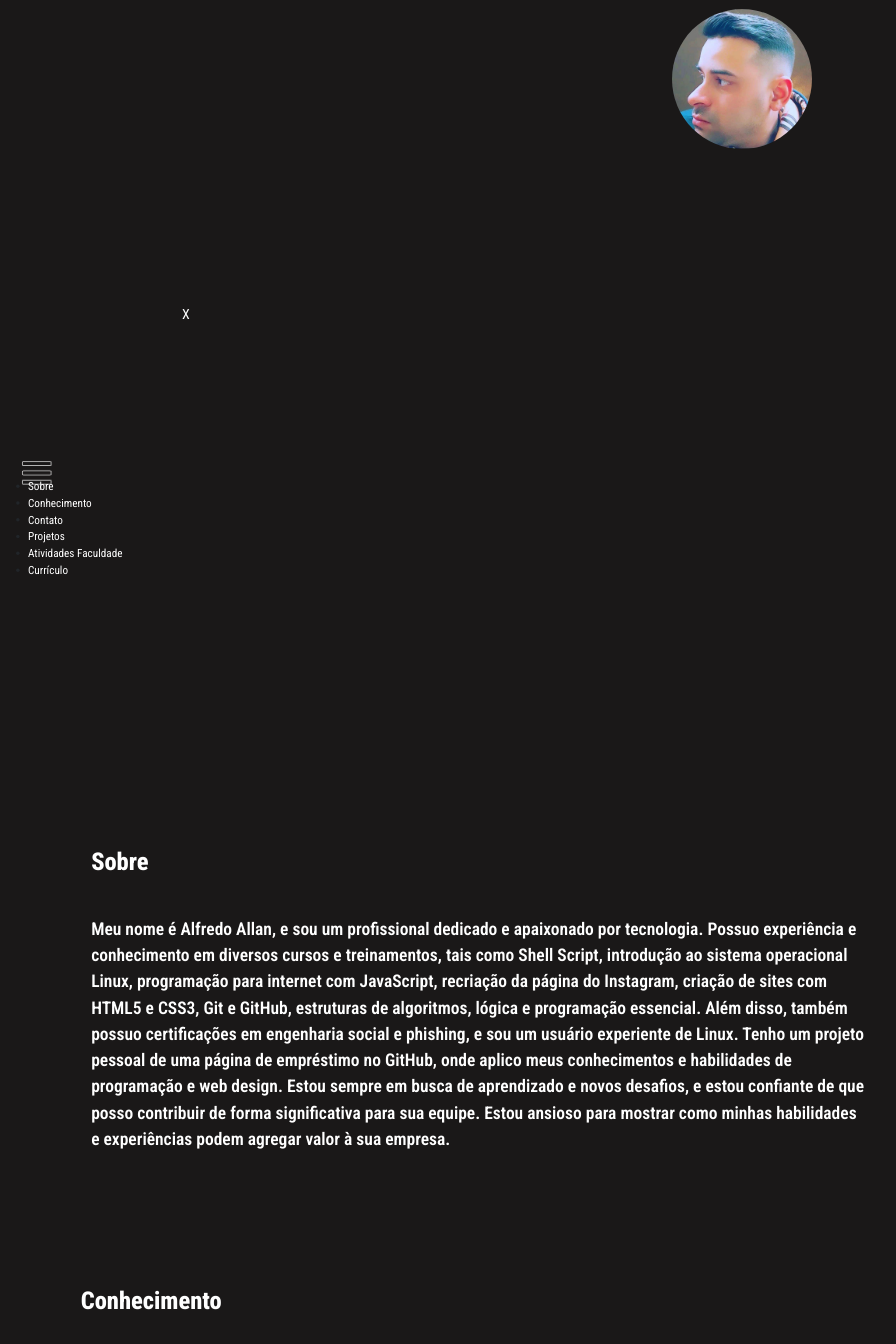
Repository: alfredo-allan/Portfolio
Page: index.html
The author's editor kept a copy of each file at every save. The page is drawn from the files as they stood at one save, then again after the next save.
The browser window is 1280 px wide. The pictures show the part of the page from y = 0 to 1920 px (the page is 5427 px tall before and 4813 px after), at 70% of full size.
After loading, the first visible `#close-icon` was clicked once.

Above is the page before, as saved 2024-05-30 12:15:59.
Console error: TypeError: Cannot read properties of null (reading 'style')

### index.html
<!DOCTYPE html>
<html lang="pt-BR">
  <head>
    <meta charset="UTF-8" />
    <meta name="viewport" content="width=device-width, initial-scale=1.0" />
    <link
      rel="stylesheet"
      href="https://stackpath.bootstrapcdn.com/bootstrap/4.1.3/css/bootstrap.min.css"
      integrity="sha384-MCw98/SFnGE8fJT3GXwEOngsV7Zt27NXFoaoApmYm81iuXoPkFOJwJ8ERdknLPMO"
      crossorigin="anonymous"
    />
    <link rel="stylesheet" href="./src/assets/styles/home.css" />
    <link
      href="https://fonts.googleapis.com/css2?family=Roboto+Condensed:ital,wght@0,100..900;1,100..900&display=swap"
      rel="stylesheet"
    />

    <title>Portfolio</title>
    <div class="foto-perfil">
      <img src="./src/assets/images/foto-perfil.jpeg" alt="Minha Foto" />
    </div>
    <div id="menu-options">
      <ul>
        <span id="close-icon">X</span>
        <br />
        <li><a href="#Sobre">Sobre</a></li>
        <li><a href="#Conhecimento">Conhecimento</a></li>
        <li><a href="#Contato">Contato</a></li>
        <li><a href="#Projetos">Projetos</a></li>
        <li><a href="#Atividades">Atividades Faculdade</a></li>
        <li><a href="./curriculo.html">Currículo</a></li>
      </ul>
    </div>

    <header>
      <img id="menu-icon" src="./src/assets/images/barra-menu.png" alt="" />

      <!-- <img id="cha" src="./img/marijuana.png" alt="" />
        <img id="po" src="./img/cocaina.png" alt="" />
        <img id="bala" src="./img/mdma.png" alt="" />
        <img id="lsd" src="./img/lsd.png" alt="" />
        <img id="ghb" src="./img/ghb.png" alt="" /> -->
    </header>
    <div class="container" id="Sobre">
      <h2>Sobre</h2>
      <p>
        Meu nome é Alfredo Allan, e sou um profissional dedicado e apaixonado
        por tecnologia. Possuo experiência e conhecimento em diversos cursos e
        treinamentos, tais como Shell Script, introdução ao sistema operacional
        Linux, programação para internet com JavaScript, recriação da página do
        Instagram, criação de sites com HTML5 e CSS3, Git e GitHub, estruturas
        de algoritmos, lógica e programação essencial. Além disso, também possuo
        certificações em engenharia social e phishing, e sou um usuário
        experiente de Linux. Tenho um projeto pessoal de uma página de
        empréstimo no GitHub, onde aplico meus conhecimentos e habilidades de
        programação e web design. Estou sempre em busca de aprendizado e novos
        desafios, e estou confiante de que posso contribuir de forma
        significativa para sua equipe. Estou ansioso para mostrar como minhas
        habilidades e experiências podem agregar valor à sua empresa.
      </p>
    </div>
    <div id="Conhecimento">
      <h2>Conhecimento</h2>
      <p>
        Cursando Analise e desenvolvimento de sistemas <br />
        Shell script - manipulando arquivos <br />
        Introdução ao sistema operacional linux <br />
        Programação para internet com javascritp <br />
        Recriando a pagina do instagram <br />
        Imersão front-end Alura <br />
        Introdução a criação de sites com HTML 5 E CSS3 <br />
        Introdução ao git eo github <br />
        O que são estruturas de algoritimo <br />
        Logica e programação essencial <br />
        Engenharia social e phishing <br />
      </p>
    </div>

    <div id="sistemas">
      <h2>Sistemas Operacionais</h2>
      <p>
        Como usuário de Linux, possuo conhecimento em pacotes gerenciadores como
        apt e yum, bem como em servidores Apache. Sou capaz de estabelecer
        conexões SSH, gerar chaves públicas, e possuo boas práticas no uso do
        terminal de comandos. Além disso, possuo habilidades avançadas em
        instalação e configuração de sistemas operacionais, inclusive na
        manipulação de variáveis de ambiente como o PATH. Estas competências são
        fundamentais para garantir um ambiente de trabalho eficiente e seguro.
      </p>
    </div>
    <div id="Projetos">
      <h2>Projetos</h2>
      <p>
        Desenvolvi uma página web responsiva utilizando Bootstrap 5, HTML e CSS.
        A página possui uma simulação de empréstimo, onde o usuário pode
        escolher o número de meses para financiar e ver uma prestação
        aproximada. Além disso, incluí um botão de contato via WhatsApp para
        facilitar a comunicação com um corretor. <br />
        <strong>Emprestimo:</strong
        ><a href="https://allan-mecanico.github.io/Emprestimo-facil/index.html">
          github.io/Emprestimo-facil/
        </a>
      </p>
      <p>
        Esse projeto combina o uso de tecnologias front-end e back-end para
        criar uma aplicação web dinâmica e interativa. O front-end foi
        desenvolvido com HTML, CSS e JavaScript e está hospedado no GitHub
        Pages. Já o back-end foi feito em Python com o framework Flask e está
        hospedado no PythonAnywhere, onde é utilizado como um servidor de um
        banco de dados SQLite. A aplicação conta com rotas para criar, deletar e
        atualizar dados de forma eficiente e segura. Este projeto exemplifica
        minha habilidade em desenvolver soluções completas e funcionais,
        integrando diferentes tecnologias para criar uma experiência de usuário
        eficaz e completa a pagina possi somente responsividade mobile. <br />
        <strong>Ketlyn Lash Designer:</strong
        ><a href="https://allan-mecanico.github.io/Lash-Designer/">
          github.io/Lash-Designer/
        </a>
      </p>
      <p>
        <strong>Controle de Datas de Validade de Produtos Frutap</strong>
        O projeto de controle de datas de validade de produtos Frutap é um
        sistema abrangente desenvolvido para gerenciar a validade de produtos em
        supermercados. A seguir, apresento um resumo das principais
        funcionalidades e características do sistema:

        <strong>Funcionalidades Principais</strong>
        Cadastro de Supermercados: Os supermercados podem ser cadastrados no
        sistema, e o nome dos mercados é automaticamente preenchido
        (autocompletar) para facilitar o processo de entrada de dados. Gestão de
        Produtos por Código EAN: O sistema utiliza códigos EAN para identificar
        os produtos. Ao digitar o código EAN, o sistema recupera e exibe a
        descrição do produto a partir de um arquivo JSON, garantindo precisão e
        agilidade no cadastro e consulta. Controle de Datas de Validade: Os
        produtos têm suas datas de validade monitoradas de maneira eficiente. O
        sistema alerta sobre produtos que estão prestes a vencer, ajudando os
        supermercados a gerenciar melhor seus estoques e reduzir perdas.
        <strong>Operações CRUD (Create, Read, Update, Delete):</strong>

        <strong>Criação:</strong> Novos produtos e supermercados podem ser
        adicionados ao sistema. <strong>Leitura:</strong> Consultas podem ser
        realizadas para visualizar informações de produtos e supermercados
        cadastrados. <strong>Atualização:</strong> As informações existentes
        podem ser atualizadas conforme necessário.
        <strong>Exclusão:</strong> Produtos e supermercados podem ser removidos
        do sistema, mantendo os dados atualizados. Tecnologia Utilizada JSON:
        Utilizado para armazenar e gerenciar dados de produtos e supermercados
        de forma estruturada e fácil de manipular. Autocompletar: Implementado
        para melhorar a usabilidade no cadastro de supermercados. Benefícios
        Eficiência: Automatiza o controle de datas de validade, reduzindo a
        necessidade de verificações manuais. Precisão: Garante que as
        informações sobre produtos estejam sempre atualizadas e precisas.
        Usabilidade: Facilita o cadastro e a consulta de informações com o
        autocompletar e a recuperação de dados pelo código EAN.
        <strong>Conclusão</strong>
        Este sistema de controle de datas de validade de produtos Frutap é uma
        solução robusta e eficiente para a gestão de estoques em supermercados,
        proporcionando uma maneira prática e confiável de monitorar a validade
        dos produtos e otimizar a operação dos estabelecimentos.
        <strong>Controle De Datas Frutap</strong>
        <a href="https://allan-mecanico.github.io/ControleDeDatasFrontEnd/"
          >github.io/ControleDeDatasFrontEnd/</a
        >
      </p>
    </div>
    <div id="Atividades">
      <p>
        Nome: Alfredo e Gustavo <br />
        Data: 05/04/2024 <br />
        <a href="https://zenodo.org/records/10929316"
          >Desenvolvimento web e Sistemas operacionais <br />
          DOI:10.5281/zenodo.10929316</a
        >
      </p>
    </div>
    <div id="Contato">
      <h2>Contato</h2>

      <p>
        <strong>Email:</strong> allan.teixeira92@gmail.com <br />
        <strong>Linkedln:</strong
        ><a
          href="https://www.linkedin.com/in/alfredo-allan-teixeira-ba2701149/"
        >
          www.linkedin.com/in/alfredo-allan-teixeira <br
        /></a>

        <strong>Github:</strong
        ><a href="https://github.com/allan-mecanico">
          github.com/allan-mecanico<br
        /></a>
        <strong>WhatsApp:</strong
        ><a href="https://api.whatsapp.com/send?phone=5511913311054">
          (11) 91331-1054<br
        /></a>
      </p>
    </div>
  </head>
  <body>
    <script>
      document.addEventListener("DOMContentLoaded", function () {
        const closeIcon = document.getElementById("close-icon");
        const menu = document.getElementById("menu");
        const menuItems = document.querySelectorAll("#menu li a");

        closeIcon.addEventListener("click", function () {
          if (menu.style.display === "block") {
            menu.style.display = "none";
          } else {
            menu.style.display = "block";
          }
        });

        menuItems.forEach((item) => {
          item.addEventListener("click", function () {
            menu.classList.add("hidden");
          });
        });
      });
    </script>
  </body>
</html>

### src/assets/styles/home.css
:root {
  --roboto-condensed: "Roboto Condensed", sans-serif;
}

body {
  font-family: var(--roboto-condensed);
  background-color: rgb(26, 24, 24);
  background-position: center;
  background-size: cover;
}

@media (min-width: 310px) and (max-width: 480px) {
  body {
    background-image: url("../images/git-img.jpg");
    background-repeat: no-repeat;
    background-attachment: fixed;
  }
}

.menu ul {
  font-size: 1.5rem;
  font-weight: 600;
  margin-top: -14%;
  margin-right: 4%;
  text-align: right;
  list-style: none;
  li {
    margin-right: 12px;
    display: inline-block;
  }
}

@media only screen and (min-width: 310px) and (max-width: 450px) {
  .menu ul {
    font-weight: 1000;
    text-align: left;
    margin-top: -45%;
    padding: 20%;
    margin-left: 40%;
    font-size: 20px;
  }
}

.foto-perfil {
  margin-top: 1%;
  margin-left: 75%;
  width: 200px;
  height: 200px;
  border-radius: 50%;
  overflow: hidden;
}

.foto-perfil img {
  width: 100%;
  height: 100%;
  object-fit: cover;
}

@media only screen and (min-width: 310px) and (max-width: 450px) {
  .foto-perfil {
    width: 80px;
    height: 80px;
    margin-left: 10%;
    margin-top: 7%;
  }
}

#Sobre {
  color: white;
  margin-top: 30%;
  margin-left: 9%;
  h2 {
    font-weight: 1000;
    font-size: 35px;
    font-weight: 800;
  }
  p {
    font-weight: 300;
    margin-top: 5%;
    font-size: 25px;
    font-family: var(--roboto-condensed);
    width: 100%; /* Define a largura desejada */
    font-weight: 600;
  }
}

@media only screen and (min-width: 310px) and (max-width: 450px) {
  #Sobre {
    margin-left: -1%;
    margin-top: -10%;
    h2 {
      color: white;
      font-size: 22px;
      font-weight: 800;
    }
    p {
      color: white;
      margin-top: 5%;
      font-size: 18px;
      font-family: var(--roboto-condensed);
      width: 100%; /* Define a largura desejada */
      font-weight: 350;
    }
  }
}

#Conhecimento {
  color: white;
  margin-top: 15%;
  margin-left: 9%;
  h2 {
    font-size: 35px;
    font-weight: 800;
  }
  p {
    margin-top: 5%;
    font-size: 25px;
    font-family: var(--roboto-condensed);
    width: 90%; /* Define a largura desejada */
    font-weight: 600;
  }
}

@media only screen and (min-width: 310px) and (max-width: 450px) {
  #Conhecimento {
    margin-left: 1%;
    margin-top: 35%;
    h2 {
      color: white;
      font-size: 22px;
      font-weight: 800;
    }
    p {
      color: white;
      margin-top: 5%;
      font-size: 18px;
      font-family: var(--roboto-condensed);
      width: 100%; /* Define a largura desejada */
      font-weight: 350;
    }
  }
}
#sistemas {
  color: white;
  margin-top: 15%;
  margin-left: 9%;
  h2 {
    font-size: 35px;
    font-weight: 800;
  }
  p {
    margin-top: 5%;
    font-size: 25px;
    font-family: var(--roboto-condensed);
    width: 90%; /* Define a largura desejada */
    font-weight: 600;
  }
}

@media only screen and (min-width: 310px) and (max-width: 450px) {
  #sistemas {
    margin-left: -0%;
    margin-top: 20%;
    h2 {
      font-size: 22px;
      font-weight: 800;
    }
    p {
      margin-top: 5%;
      font-size: 18px;
      font-family: var(--roboto-condensed);
      width: 100%; /* Define a largura desejada */
      font-weight: 350;
    }
  }
}

#Projetos {
  color: white;
  margin-top: 15%;
  margin-left: 9%;
  h2 {
    font-size: 35px;
    font-weight: 800;
  }
  p {
    margin-top: 5%;
    font-size: 25px;
    font-family: var(--roboto-condensed);
    width: 90%; /* Define a largura desejada */
    font-weight: 600;
  }
}

@media only screen and (min-width: 310px) and (max-width: 450px) {
  #Projetos {
    margin-left: -0%;
    margin-top: 25%;
    h2 {
      font-size: 22px;
      font-weight: 800;
    }
    p {
      color: white;
      margin-top: 5%;
      font-size: 18px;
      font-family: var(--roboto-condensed);
      width: 100%; /* Define a largura desejada */
      font-weight: 350;
    }
  }
}

#Atividades {
  color: white;
  margin-top: 15%;
  margin-left: 9%;
  h2 {
    font-size: 35px;
    font-weight: 800;
  }
  p {
    margin-top: 5%;
    font-size: 25px;
    font-family: var(--roboto-condensed);
    width: 90%; /* Define a largura desejada */
    font-weight: 600;
  }
}

@media only screen and (min-width: 310px) and (max-width: 450px) {
  #Atividades {
    margin-left: -0%;
    margin-top: 25%;
    h2 {
      font-size: 22px;
      font-weight: 800;
    }
    p {
      color: white;
      margin-top: 5%;
      font-size: 18px;
      font-family: var(--roboto-condensed);
      width: 100%; /* Define a largura desejada */
      font-weight: 350;
    }
  }
}

#Contato {
  color: white;
  margin-top: 15%;
  margin-left: 9%;
  h2 {
    font-size: 35px;
    font-weight: 800;
  }
  p {
    margin-top: 5%;
    font-size: 25px;
    font-family: var(--roboto-condensed);
    width: 90%; /* Define a largura desejada */
    font-weight: 600;
  }
}

@media only screen and (min-width: 310px) and (max-width: 450px) {
  #Contato {
    margin-top: 25%;
    margin-left: 0%;
    h2 {
      font-size: 22px;
      font-weight: 800;
    }
    p {
      width: 100%;
      margin-top: 5%;
      font-size: 18px;
      font-family: var(--roboto-condensed);
      font-weight: 350;
    }
  }
}

#menu-icon {
  position: absolute;
  margin-top: -190px;
  margin-left: 30px;
  width: 45px;
}


a {
  color: white;
  text-decoration: none; /* Remove o sublinhado */
}


#close-icon {
  margin: 210px;
  color: white;
}


#menu-container {
  position: relative;
}

#close-icon {
  cursor: pointer;
  font-size: 20px;
  padding: 10px;
  display: inline-block;
}

#menu {
  list-style-type: none;
  margin: 0;
  padding: 0;
  display: none;
  animation: cascade 0.5s forwards;
}

#menu li {
  margin: 10px 0;
}

#menu a {
  text-decoration: none;
  color: #000;
}

@keyframes cascade {
  from {
    transform: translateY(-20px);
    opacity: 0;
  }
  to {
    transform: translateY(0);
    opacity: 1;
  }
}

.hidden {
  display: none !important;
}

After the next save:
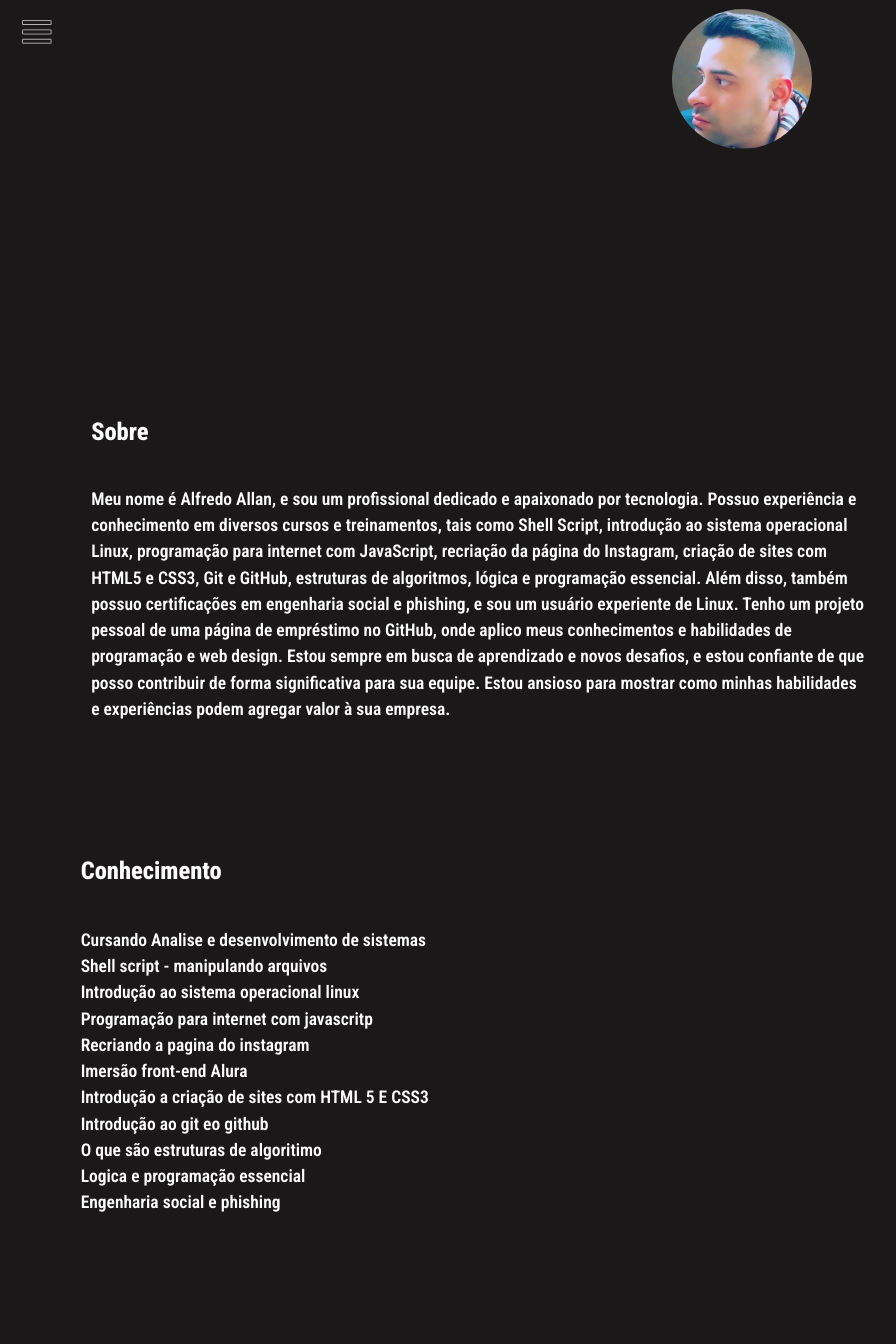
The error is gone.
Saved 12 s later.
--- a/index.html
+++ b/index.html
@@ -198,24 +198,20 @@
   </head>
   <body>
     <script>
-      document.addEventListener("DOMContentLoaded", function () {
-        const closeIcon = document.getElementById("close-icon");
-        const menu = document.getElementById("menu");
-        const menuItems = document.querySelectorAll("#menu li a");
-
-        closeIcon.addEventListener("click", function () {
-          if (menu.style.display === "block") {
-            menu.style.display = "none";
-          } else {
-            menu.style.display = "block";
-          }
-        });
-
-        menuItems.forEach((item) => {
-          item.addEventListener("click", function () {
-            menu.classList.add("hidden");
-          });
-        });
+      const menuIcon = document.getElementById("menu-icon");
+      const menuOptions = document.getElementById("menu-options");
+      const closeIcon = document.getElementById("close-icon");
+
+      menuIcon.addEventListener("click", function () {
+        if (menuOptions.style.display === "none") {
+          menuOptions.style.display = "block";
+        } else {
+          menuOptions.style.display = "none";
+        }
+      });
+
+      closeIcon.addEventListener("click", function () {
+        menuOptions.style.display = "none";
       });
     </script>
   </body>
